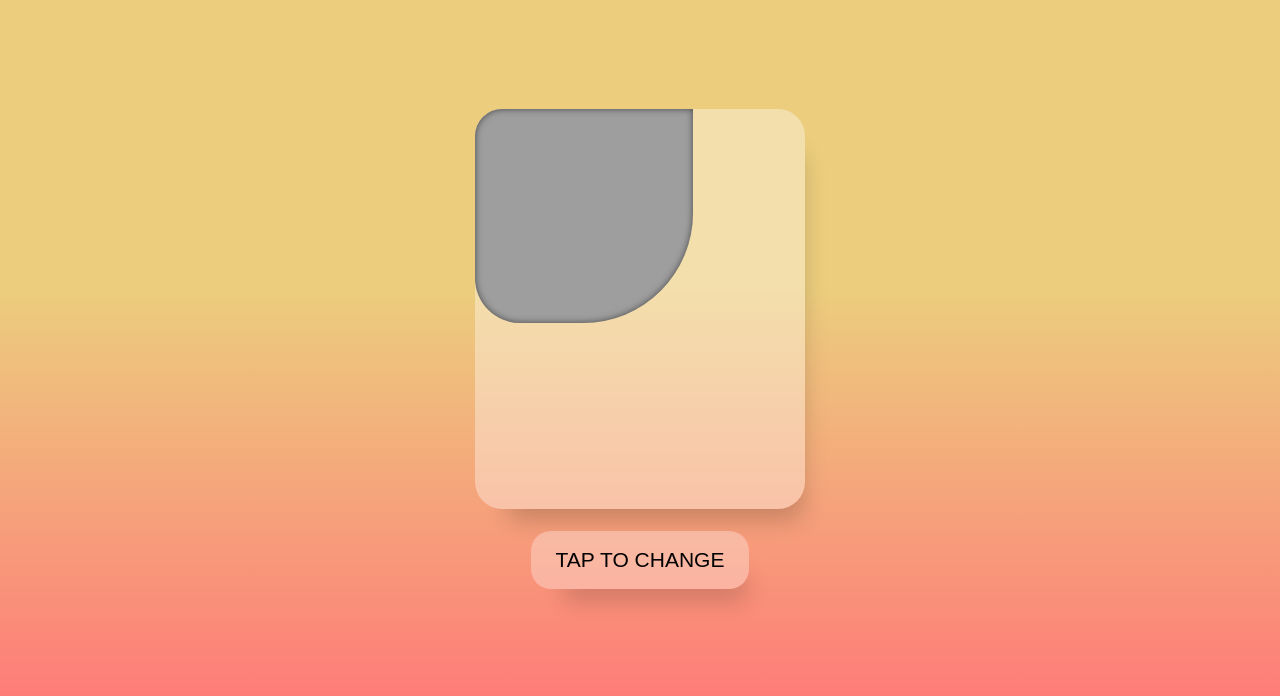
Repository: ThanhThn/profile
Page: index.html
These files come from the project's save history. The page is drawn as it stood at one moment and after the next save; the edit follows.
The browser window is 1280 px wide. The pictures show the whole page.
Pictures or frames that could not be fetched are drawn as grey boxes. Some web fonts or font styles are not loaded; a fallback is used.

Above is the page before, as saved 2022-12-05 19:14:51.

After the next save:
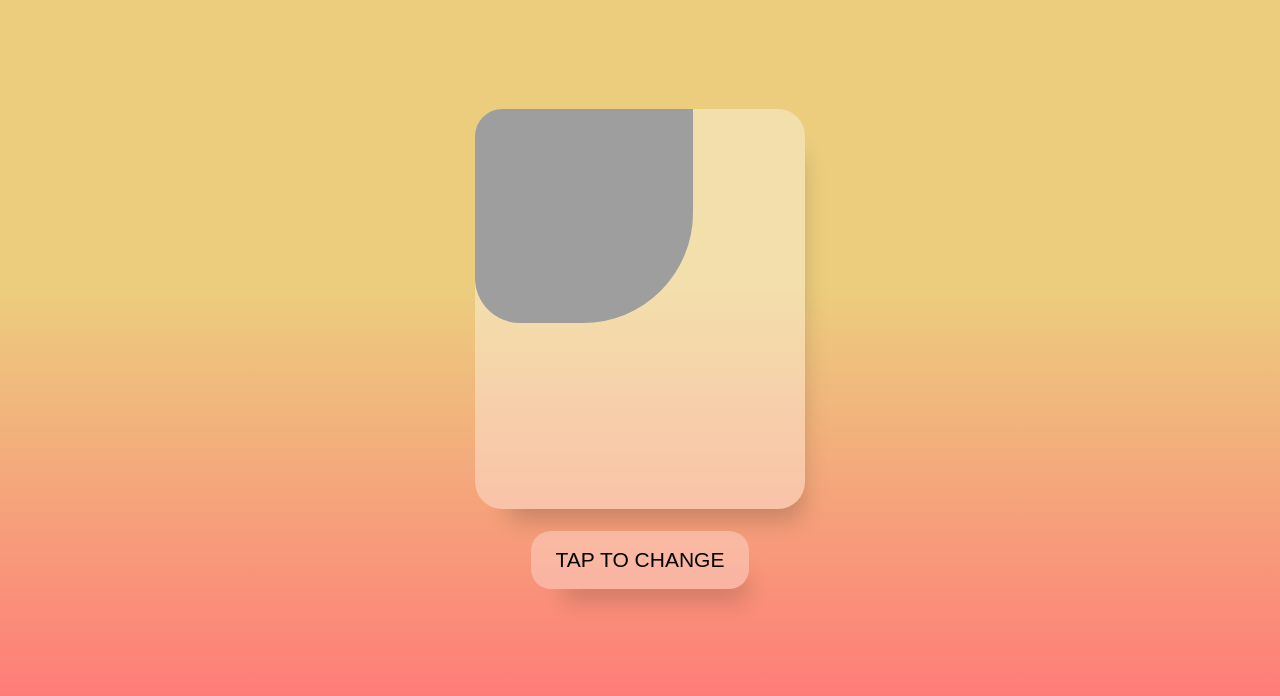
Saved 35 s later.
--- a/style.css
+++ b/style.css
@@ -33,7 +33,6 @@ body{
     height: 214px;
     border-radius: 27px 0 110px 45px;
     background-image:url("avata.jpg");
-    box-shadow: inset 0px 0px 7px rgba(0, 0, 0, 55%);
 }
 
 .btn{
